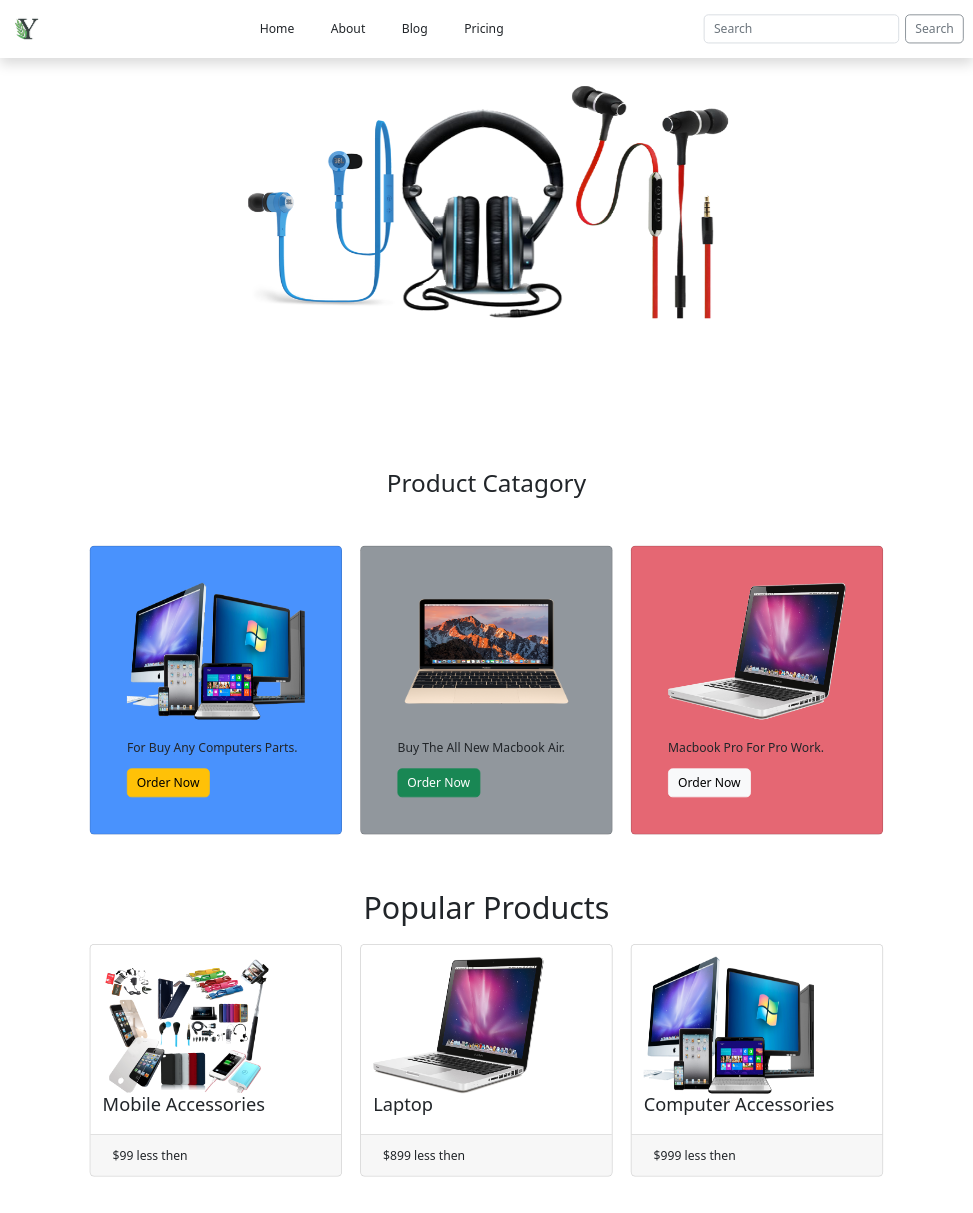
Repository: Mafuzurrahmanoli/E-Commerce-Website
Page: index.html
These files come from the project's save history. The page is drawn as it stood at one moment and after a run of saves; the edit follows.
The browser window is 1280 px wide. The pictures show the whole page, at 76% of full size.

Above is the page before, as saved 2023-09-16 14:35:57.

After the next 2 saves:
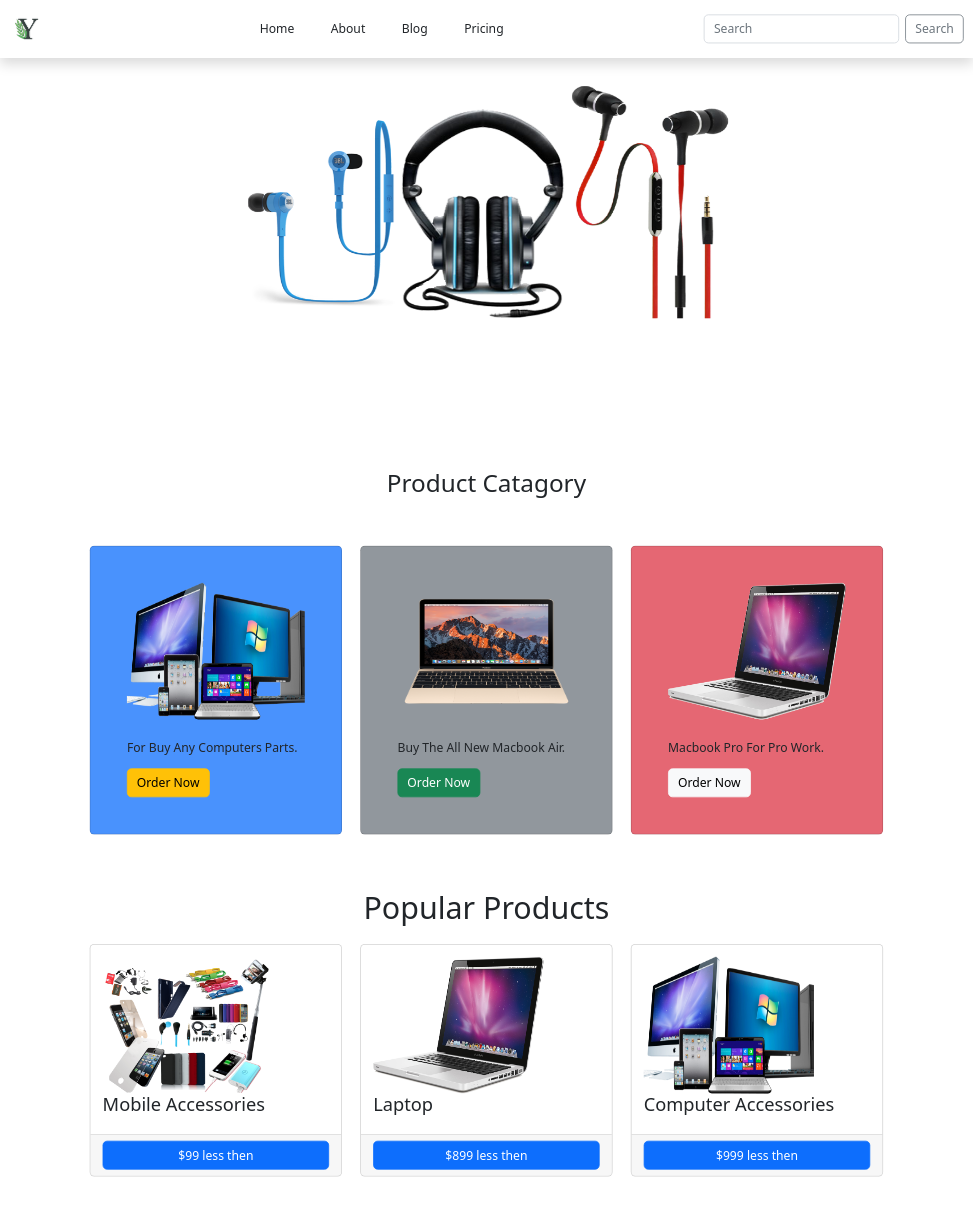
The 2 saves are shown as one change because they came seconds apart.
The last was saved 6 s later.
--- a/index.html
+++ b/index.html
@@ -135,7 +135,7 @@
               <h4 class="text-capitalize">Mobile accessories</h4>
             </div>
             <div class="card-footer">
-              <span class="btn btn">$99 less then</span>
+              <span class="btn btn-primary w-100">$99 less then</span>
             </div>
           </div>
         </div>
@@ -146,7 +146,7 @@
               <h4 class="text-capitalize">laptop</h4>
             </div>
             <div class="card-footer">
-              <span class="btn btn">$899 less then</span>
+              <span class="btn btn-primary w-100">$899 less then</span>
             </div>
           </div>
         </div>
@@ -157,7 +157,7 @@
               <h4 class="text-capitalize">computer accessories</h4>
             </div>
             <div class="card-footer">
-              <span class="btn btn">$999 less then</span>
+              <span class="btn btn-primary w-100">$999 less then</span>
             </div>
           </div>
         </div>
